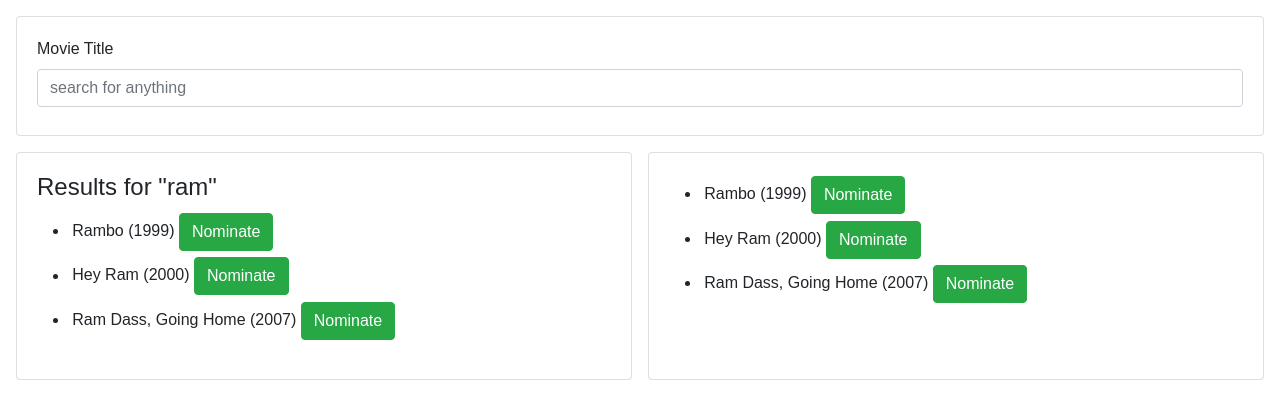
Repository: akinsikuoluwafemi/shoppies-movie-collection
Page: /
An editor plug-in stored every save of this project. The page is shown before and after a run of saves, followed by the edit.
The browser window is 1280 px wide. The pictures show the whole page.
The project was rebuilt for these pictures with package versions that can differ from the ones it lists, and the page was loaded fresh each time. Also part of the build but not shown: src/App.css.

Above is the page before, as saved 2021-01-10 09:19:15.

### public/index.html
<!DOCTYPE html>
<html lang="en">
  <head>
    <meta charset="utf-8" />
    <link rel="icon" href="%PUBLIC_URL%/huge.png" />
    <meta name="viewport" content="width=device-width, initial-scale=1" />
    <meta name="theme-color" content="#000000" />
    <meta
      name="description"
      content="Web site created using create-react-app"
    />
    <link rel="apple-touch-icon" href="%PUBLIC_URL%/logo192.png" />


    <link rel="stylesheet" href="https://stackpath.bootstrapcdn.com/bootstrap/4.4.1/css/bootstrap.min.css"
      integrity="sha384-Vkoo8x4CGsO3+Hhxv8T/Q5PaXtkKtu6ug5TOeNV6gBiFeWPGFN9MuhOf23Q9Ifjh" crossorigin="anonymous">
    <!--
      manifest.json provides metadata used when your web app is installed on a
      user's mobile device or desktop. See https://developers.google.com/web/fundamentals/web-app-manifest/
    -->
    <link rel="manifest" href="%PUBLIC_URL%/manifest.json" />
    <!--
      Notice the use of %PUBLIC_URL% in the tags above.
      It will be replaced with the URL of the `public` folder during the build.
      Only files inside the `public` folder can be referenced from the HTML.

      Unlike "/favicon.ico" or "favicon.ico", "%PUBLIC_URL%/favicon.ico" will
      work correctly both with client-side routing and a non-root public URL.
      Learn how to configure a non-root public URL by running `npm run build`.
    -->
    <title>Shoppies Movie Collection</title>
  </head>
  <body>
    <noscript>You need to enable JavaScript to run this app.</noscript>
    <div id="root"></div>
    <!--
      This HTML file is a template.
      If you open it directly in the browser, you will see an empty page.

      You can add webfonts, meta tags, or analytics to this file.
      The build step will place the bundled scripts into the <body> tag.

      To begin the development, run `npm start` or `yarn start`.
      To create a production bundle, use `npm run build` or `yarn build`.
    -->
    <script
  src="https://code.jquery.com/jquery-3.3.1.slim.min.js"
  integrity="sha384-q8i/X+965DzO0rT7abK41JStQIAqVgRVzpbzo5smXKp4YfRvH+8abtTE1Pi6jizo"
  crossorigin="anonymous"
></script>
<script
  src="https://cdnjs.cloudflare.com/ajax/libs/popper.js/1.14.7/umd/popper.min.js"
  integrity="sha384-UO2eT0CpHqdSJQ6hJty5KVphtPhzWj9WO1clHTMGa3JDZwrnQq4sF86dIHNDz0W1"
  crossorigin="anonymous"
></script>
<script
  src="https://stackpath.bootstrapcdn.com/bootstrap/4.3.1/js/bootstrap.min.js"
  integrity="sha384-JjSmVgyd0p3pXB1rRibZUAYoIIy6OrQ6VrjIEaFf/nJGzIxFDsf4x0xIM+B07jRM"
  crossorigin="anonymous"
></script>

  </body>
</html>

### src/index.css

* {
    margin: 0;
    padding: 0;
    box-sizing: border-box;
    font-family: 'Poppins', sans-serif;

}

body {
  margin: 0;
  font-family: -apple-system, BlinkMacSystemFont, 'Segoe UI', 'Roboto', 'Oxygen',
    'Ubuntu', 'Cantarell', 'Fira Sans', 'Droid Sans', 'Helvetica Neue',
    sans-serif;
  -webkit-font-smoothing: antialiased;
  -moz-osx-font-smoothing: grayscale;
}

code {
  font-family: source-code-pro, Menlo, Monaco, Consolas, 'Courier New',
    monospace;
}

### src/App.js
import './App.css';
import Home from './Pages/Home';


function App() {
  return (
    <Home/>
  );
}

export default App;

### src/Pages/Home.js
import React from 'react';
import SearchBar from '../components/SearchBar';
import SearchResults from '../components/SearchResults';
import Nominations from '../components/Nominations';
import './Home.css';



export default function Home() {
    return (
      <div className="home-wrapper">
        <div className="home-wrapper_search">
          <SearchBar />
        </div>
        <div className=" search-wrapper">
          <SearchResults />
          <Nominations />
        </div>
      </div>
    );
}

### src/components/SearchBar.js
import React from 'react'

// http://www.omdbapi.com/?i=tt3896198&apikey=2a3aa076

export default function SearchBar() {
    return (
      <div class="card w-100">
            <div class="card-body">
                <div class="mb-2">
                    <label for="movie" class="form-label">Movie Title</label>
                    <input type="search" class="form-control" placeholder="search for anything"/>
                </div>
            </div>
      </div>
    );
}

### src/components/SearchResults.js
import React from 'react';
import CardWrapper from './CardWrapper';
import '../Pages/Home.css';


export default function SearchResults() {
    return (
        <CardWrapper>
            <h4>Results for "ram"</h4>
            <ul className="list">
                <li className="list-item" >Rambo (1999) <button className="btn btn-success" >Nominate</button></li>
                <li className="list-item" >Hey Ram (2000) <button className="btn btn-success" >Nominate</button></li>
                <li className="list-item" >Ram Dass, Going Home (2007) <button className="btn btn-success" >Nominate</button></li>


            </ul>
      </CardWrapper>
    );
}

### src/components/Nominations.js
import React from 'react';
import CardWrapper from './CardWrapper';


export default function Nominations() {
    return (<CardWrapper>

             <ul className="list">
                <li className="list-item" >Rambo (1999) <button className="btn btn-success" >Nominate</button></li>
                <li className="list-item" >Hey Ram (2000) <button className="btn btn-success" >Nominate</button></li>
                <li className="list-item" >Ram Dass, Going Home (2007) <button className="btn btn-success" >Nominate</button></li>


            </ul>
    </CardWrapper>

    )
}

### src/Pages/Home.css
.home-wrapper {
    padding: 1rem;
}

.search-wrapper {
    /* background: pink; */
    width: 100%;
    /* padding-top: 2rem; */
    display: grid;
    grid-template-rows: repeat(2,1fr);
    grid-template-columns: repeat(auto-fit, minmax(200px, 1fr));
    grid-gap: 1rem;
}
.home-wrapper_search {
    /* margin: .5rem; */
    padding-bottom: 1rem;

}

.list > li {
    margin-left: 2rem!important;
    padding: .2rem;
}

### src/components/CardWrapper.js
import React from 'react'

export default function CardWrapper({children}) {
    return (
      <div className="card w-100">
            <div className="card-body">{ children}</div>
      </div>
    );
}

Loaded but not shown: src/index.js (common file); src/reportWebVitals.js (common file)

After the next 2 saves:
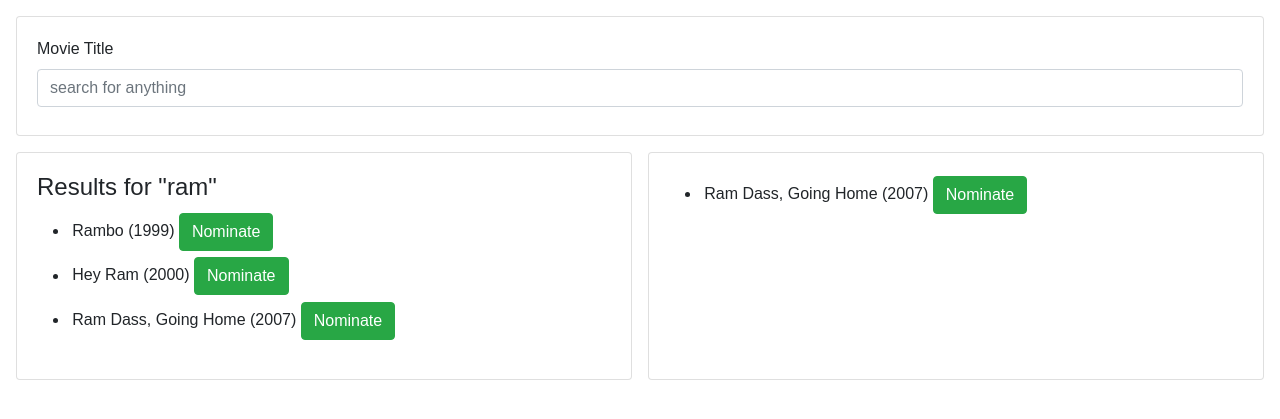
The 2 saves are shown as one change because they came seconds apart.
The last was saved 9 s later.
--- a/src/components/Nominations.js
+++ b/src/components/Nominations.js
@@ -6,8 +6,6 @@ export default function Nominations() {
     return (<CardWrapper>
 
              <ul className="list">
-                <li className="list-item" >Rambo (1999) <button className="btn btn-success" >Nominate</button></li>
-                <li className="list-item" >Hey Ram (2000) <button className="btn btn-success" >Nominate</button></li>
                 <li className="list-item" >Ram Dass, Going Home (2007) <button className="btn btn-success" >Nominate</button></li>
 
 
